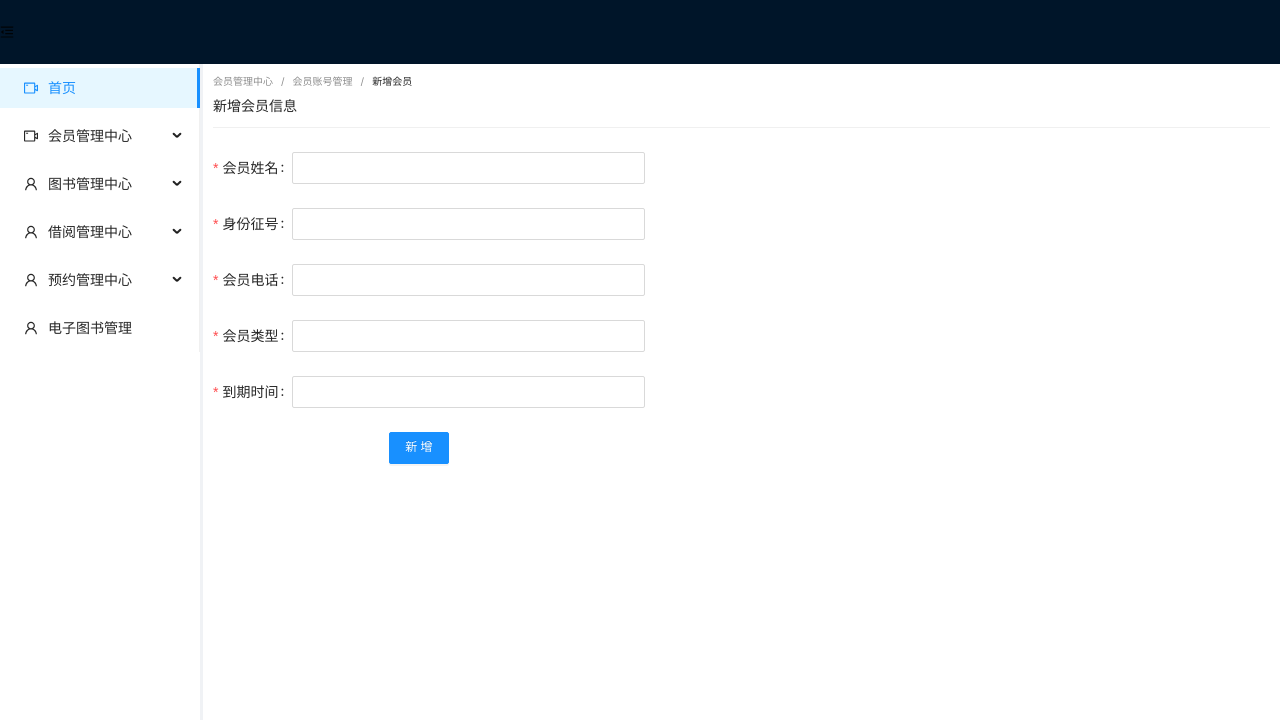
Repository: font-ds/cssy-manage
Page: /vipmanage/vipmanage1/add
The author's editor kept a copy of each file at every save. The page is drawn from the files as they stood at one save, then again after the next save.
The browser window is 1280 px wide. The pictures show the whole page.
The project was rebuilt for these pictures with package versions that can differ from the ones it lists, and the page was loaded fresh each time. Some packages were replaced by stand-ins written for this rebuild. Also part of the build but not shown: src/pages/auth/vipManage/coupon/index.tsx, src/utils/use-optimistic-options.tsx, src/utils/util.tsx, src/utils/http.tsx, src/pages/auth/vipManage/manage/util.tsx, src/pages/auth/vipManage/manage/index.tsx, src/pages/auth/vipManage/manage/detail/components/util.tsx, src/pages/auth/vipManage/manage/detail/components/appointTable.tsx and 6 more. Imported but missing from the stored project, and not drawn on this page: src/pages/auth/index/index, src/reportWebVitals, src/store/test.

Above is the page before, as saved 2022-09-14 19:48:25.

After the next save:
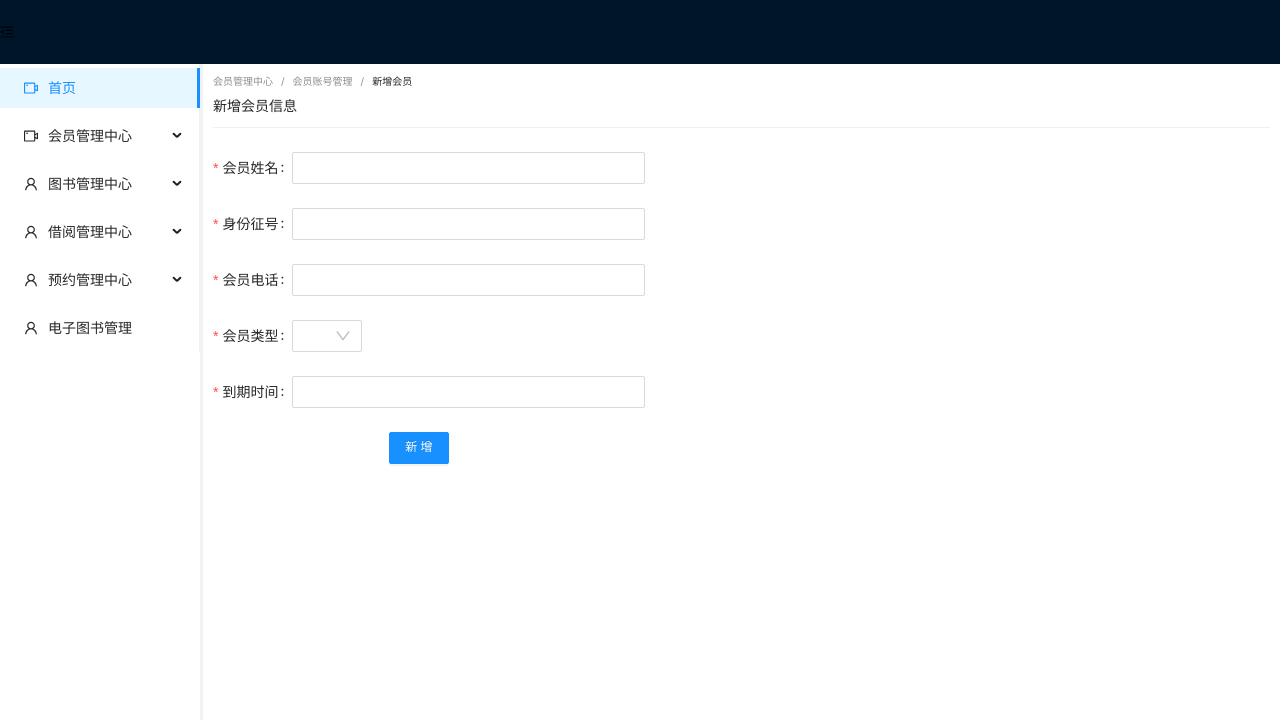
Saved 2 min 20 s later.
--- a/src/pages/auth/vipManage/manage/add/index.tsx
+++ b/src/pages/auth/vipManage/manage/add/index.tsx
@@ -1,9 +1,10 @@
 import React,{useState} from 'react'
-import {Button,Divider,Form,Input,FormInstance} from 'antd';
+import {Button,Divider,Form,Input,Select} from 'antd';
 import {vipUser} from '../../../../../type/type'
 
 import './index.scss';
 
+const { Option } = Select;
 export default function Index() {
     // 提交
     const handleSubmit= async (value:vipUser)=>{
@@ -40,14 +41,17 @@ export default function Index() {
                   name="phone"
                   rules={[{ required: true, message: '此项不能为空！' }]}
                 >
-                  <Input />
+                  <Input maxLength={11} />
                 </Form.Item>
                 <Form.Item
                   label="会员类型"
                   name="power"
                   rules={[{ required: true, message: '此项不能为空！' }]}
                 >
-                  <Input maxLength={11} />
+                  <Select style={{ width: 70 }}>
+                    <Option value="86">+86</Option>
+                    <Option value="87">+87</Option>
+                  </Select>
                 </Form.Item>
                 <Form.Item
                   label="到期时间"
